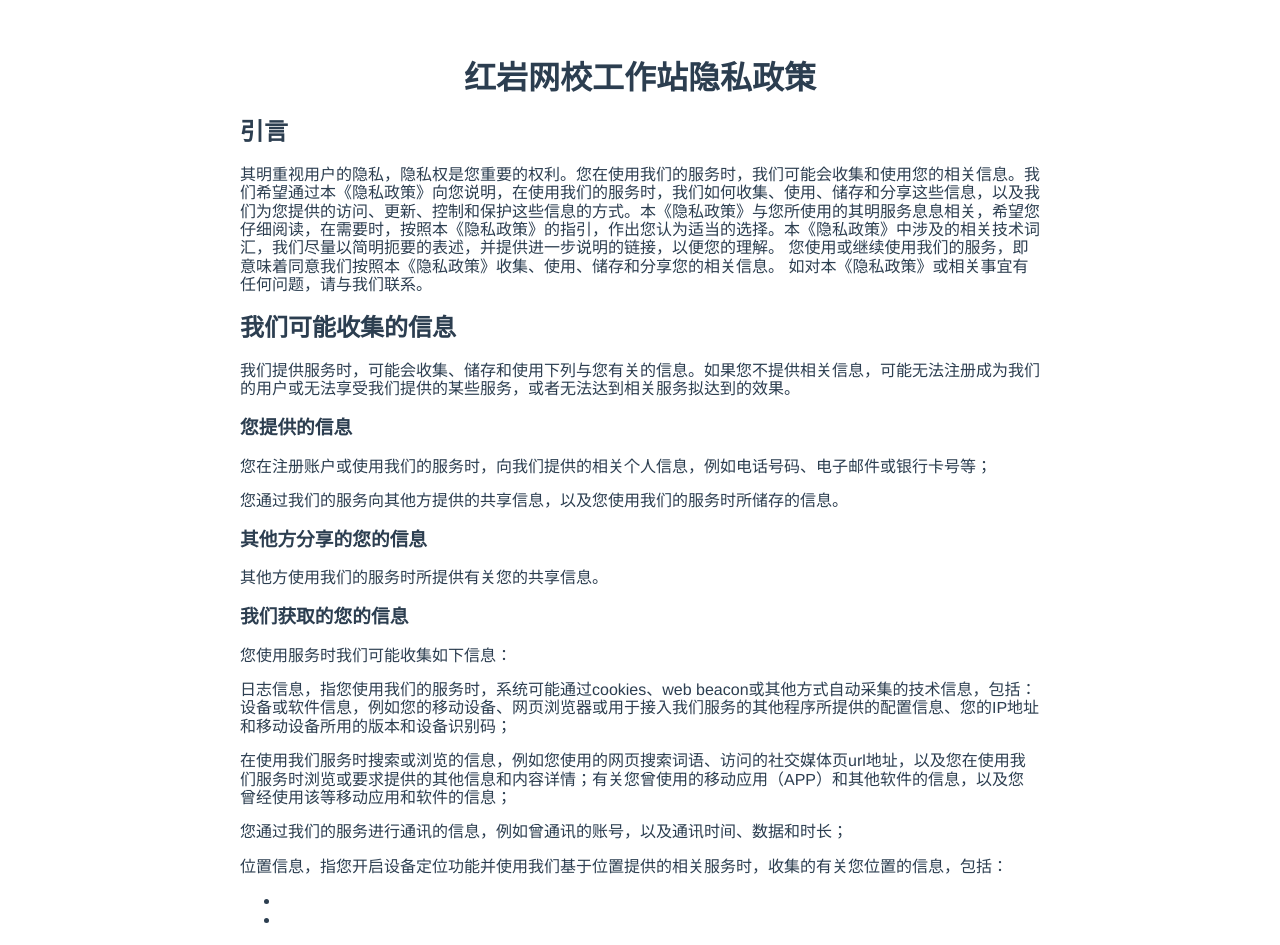
Repository: zl-mdc/privacy-policy
Page: /
An editor plug-in stored every save of this project. The page is shown before and after the next save, followed by the edit.
The browser window is 1280 px wide. The pictures show the whole page.
The project was rebuilt for these pictures with package versions that can differ from the ones it lists, and the page was loaded fresh each time.

Above is the page before, as saved 2020-09-17 15:38:32.

After the next save:
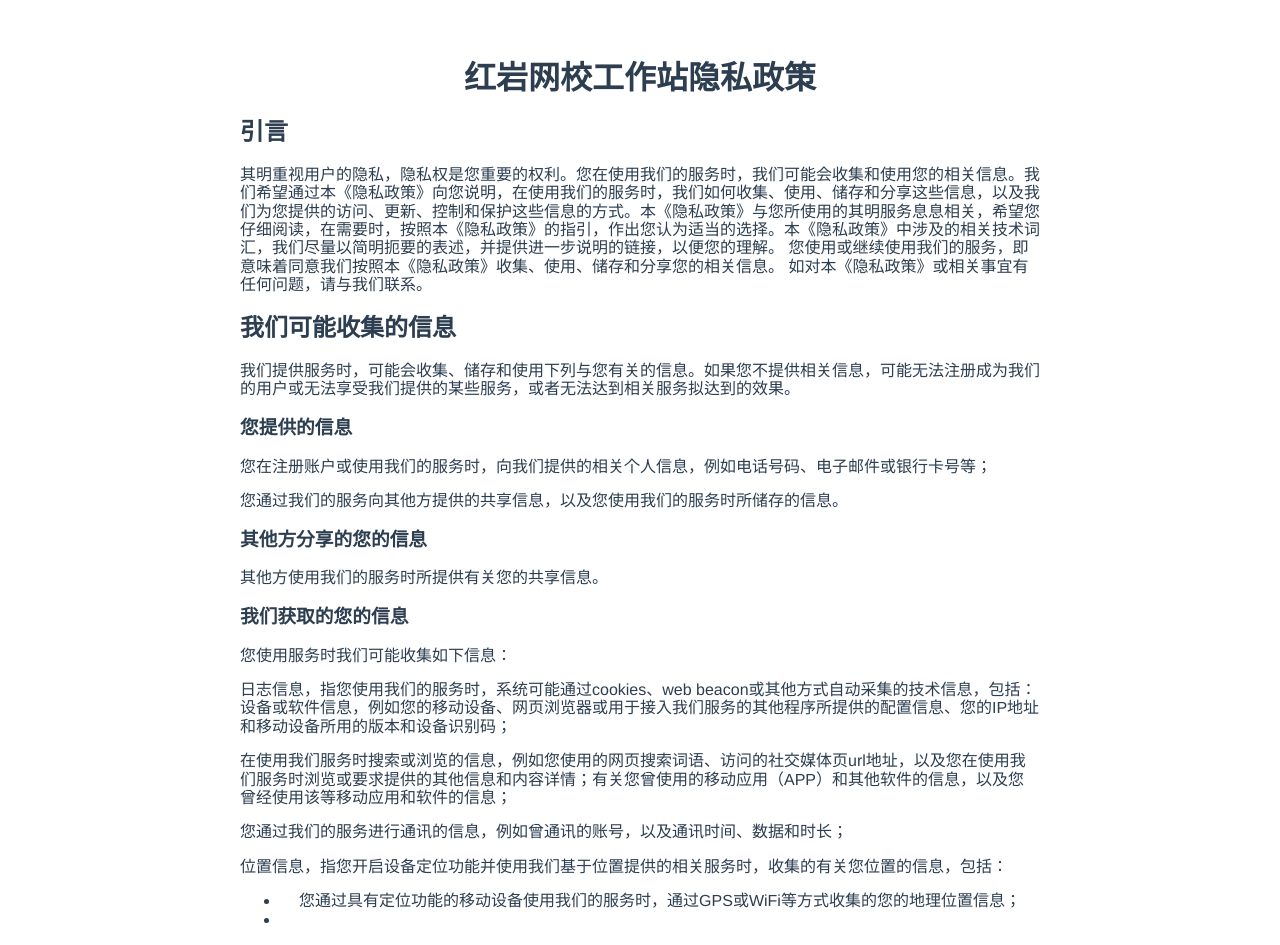
Saved 10 s later.
--- a/src/components/Info.vue
+++ b/src/components/Info.vue
@@ -1,7 +1,7 @@
 <!--
  * @Author: Code_Master
  * @Date: 2020-09-17 15:00:51
- * @LastEditTime: 2020-09-17 15:38:32
+ * @LastEditTime: 2020-09-17 15:38:42
  * @LastEditors: Code_Master
  * @FilePath: /privacy-policy/src/components/Info.vue
  * @Description: The first 90% of the code accounts for the first 90% of the development time. The remaining 10% of the code accounts for the other 90% of the development time.
@@ -27,7 +27,7 @@
           <p>您通过我们的服务进行通讯的信息，例如曾通讯的账号，以及通讯时间、数据和时长；</p>
           <p>位置信息，指您开启设备定位功能并使用我们基于位置提供的相关服务时，收集的有关您位置的信息，包括：</p>
           <ul>
-              <li></li>
+              <li>您通过具有定位功能的移动设备使用我们的服务时，通过GPS或WiFi等方式收集的您的地理位置信息；</li>
               <li></li>
           </ul>
     </div>
